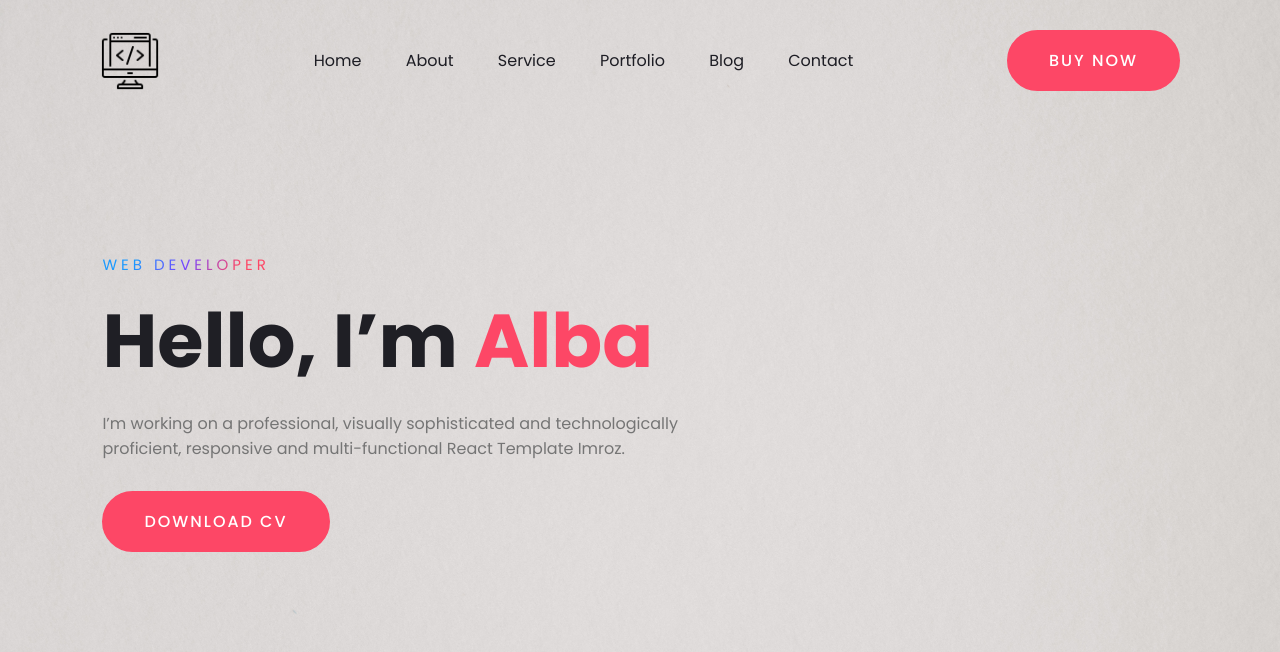
Repository: pilar122/port
Page: index.html
An editor plug-in stored every save of this project. The page is shown before and after the next save, followed by the edit.
The browser window is 1280 px wide. The pictures show the whole page.

Above is the page before, as saved 2022-01-29 11:46:26.

After the next save:
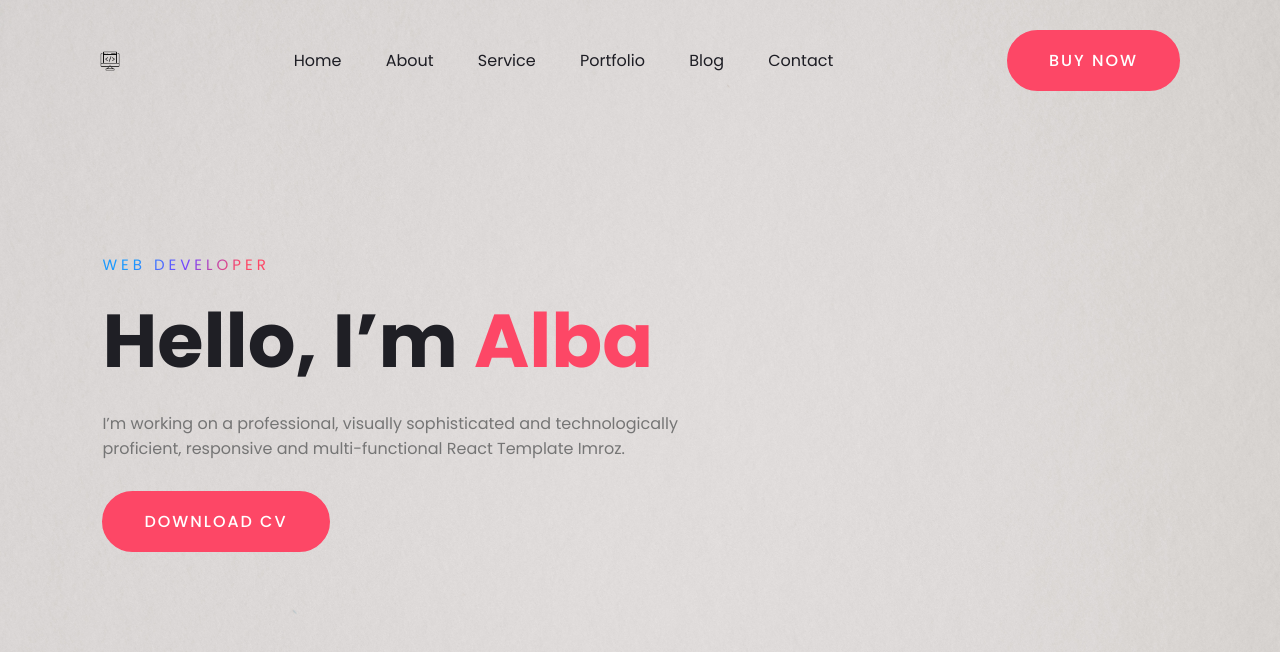
Saved 59 s later.
--- a/style.css
+++ b/style.css
@@ -21,7 +21,7 @@ nav{
     padding: 30px 100px;
 }
 .logo{
-    max-height: 60px;
+    max-height: 20px;
 }
 nav ul li{
     list-style: none;
